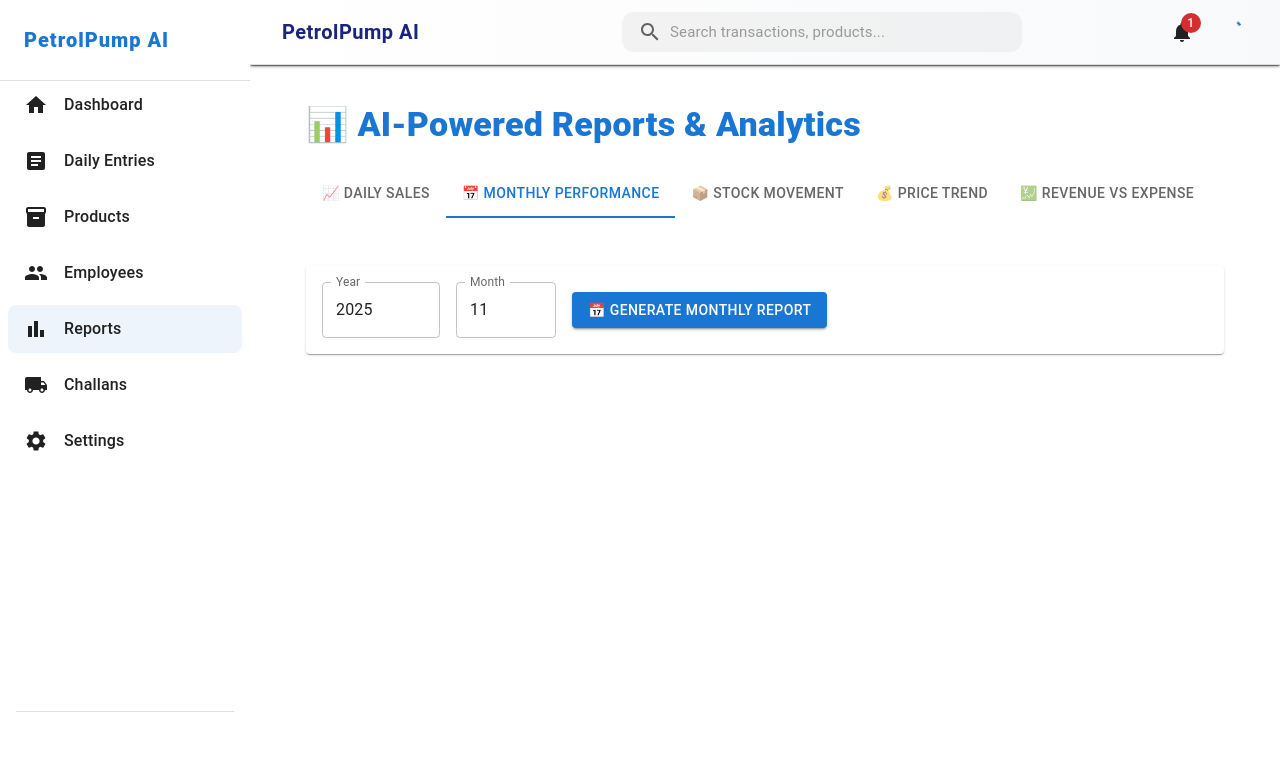
Repository: saquib0509/AI-Enabled-Retail-Management-
Page: /reports (app in frontend/), after clicking the first element matching `#tab-1`
An editor plug-in stored every save of this project. The page is shown before and after a run of saves, followed by the edit.
The browser window is 1280 px wide. The pictures show the whole page.
The page's requests for data from a server got no answer. The project was rebuilt for these pictures with package versions that can differ from the ones it lists, and the page was loaded fresh each time. No one was signed in, and anything a server would have sent is missing. Also part of the build but not shown: frontend/vite.config.ts, frontend/src/pages/Dashboard.tsx, frontend/src/components/DailyEntryForm.tsx, frontend/src/components/EmployeeList.tsx, frontend/src/components/EmployeeForm.tsx, frontend/src/components/EmployeeAttendance.tsx, frontend/src/components/EmployeeSalary.tsx, frontend/src/pages/Employees.tsx and 8 more.

Above is the page before, as saved 2025-11-08 23:27:18.

### frontend/index.html
<!DOCTYPE html>
<html lang="en">
<head>
  <meta charset="UTF-8">
  <meta name="viewport" content="width=device-width, initial-scale=1.0">
  <title>Petrol Pump Management</title>
  <link rel="stylesheet" href="/src/styles.css">
</head>
<body>
  <div id="root"></div>
  <script type="module" src="/src/main.tsx"></script>
</body>
</html>

### frontend/src/main.tsx
import { StrictMode } from 'react';
import { createRoot } from 'react-dom/client';
import { BrowserRouter } from 'react-router-dom';
import { AppProvider } from './context/AppContext';
import App from './App';
import './styles.css';

// Initialize the application
const container = document.getElementById('root');

if (!container) {
  throw new Error("Failed to find the root element");
}

const root = createRoot(container);

root.render(
  <StrictMode>
    <BrowserRouter>
      <AppProvider>
        <App />
      </AppProvider>
    </BrowserRouter>
  </StrictMode>
);

### frontend/src/App.tsx
import { Routes, Route } from 'react-router-dom';
import Layout from './components/layout/Layout';
import Dashboard from './pages/Dashboard';
import DailyEntryForm from './components/DailyEntryForm';
import Employees from "./pages/Employees";
import Products from "./pages/Products";
import Settings from "./pages/Settings";
import Challans from "./pages/Challans";
import Reports from "./pages/Reports";



const App = () => {
  return (
    <div className="app-container">
      <Routes>
        <Route path="/" element={<Layout />}>
          <Route index element={<Dashboard />} />
          <Route path="entries" element={<DailyEntryForm />} />
          <Route path="products" element={<Products />} />
          <Route path="employees" element={<Employees />} />
          <Route path="reports" element={<Reports />} />
          <Route path="settings" element={<Settings />} />
          <Route path="challans" element={<Challans />} />
        </Route>
      </Routes>
    </div>
  );
};

export default App;

### frontend/src/components/layout/Layout.tsx
import { useState } from 'react';
import { Outlet } from 'react-router-dom';
import { Box, CssBaseline, AppBar, Toolbar, useTheme, useMediaQuery } from '@mui/material';
import Sidebar from './Sidebar';
import Navbar from './Navbar';

const drawerWidth = 250;

export default function Layout() {
  const [mobileOpen, setMobileOpen] = useState(false);
  const theme = useTheme();
  const isDesktop = useMediaQuery(theme.breakpoints.up('md'));

  const handleDrawerToggle = () => {
    setMobileOpen(!mobileOpen);
  };

  return (
    <Box sx={{ display: 'flex', minHeight: '100vh', bgcolor: 'background.default', color: 'text.primary' }}>
      <CssBaseline />
      {/* AppBar */}
      <AppBar
        position="fixed"
        sx={{
          width: { md: `calc(100% - ${drawerWidth}px)` },
          ml: { md: `${drawerWidth}px` },
          bgcolor: 'background.paper',
          color: 'text.primary',
          boxShadow: 2
        }}
        elevation={isDesktop ? 1 : 4}
      >
        <Toolbar variant="dense" disableGutters>
          <Navbar onMenuClick={handleDrawerToggle} />
        </Toolbar>
      </AppBar>
      {/* Drawer/Sidebar */}
      <Sidebar
        variant={isDesktop ? 'permanent' : 'temporary'}
        open={isDesktop ? true : mobileOpen}
        onClose={handleDrawerToggle}
        drawerWidth={drawerWidth}
      />
      {/* Main Content */}
      <Box
        component="main"
        sx={{
          flexGrow: 1,
          p: { xs: 2, sm: 3, md: 4 },
          width: { xs: '100%', md: `calc(100% - ${drawerWidth}px)` },
          mt: 6,
          minHeight: '100vh',
        }}
      >
        <Outlet />
      </Box>
    </Box>
  );
}

### frontend/src/pages/Reports.tsx
import { useState, FC } from 'react';

import { Box, Tabs, Tab, Typography, LinearProgress } from '@mui/material';

import DailySalesReport from '../components/Reports/DailySalesReport';
import MonthlyPerformanceReport from '../components/Reports/MonthlyPerformanceReport';
import StockMovementReport from '../components/Reports/StockMovementReport';
import PriceTrendReport from '../components/Reports/PriceTrendReport';
import RevenueVsExpenseReport from '../components/Reports/RevenueVsExpenseReport';
import EmployeeAttendanceReport from '../components/Reports/EmployeeAttendanceReport';
import PayrollReport from '../components/Reports/PayrollReport';


interface TabPanelProps {
  children?: React.ReactNode;
  index: number;
  value: number;
}

const TabPanel: FC<TabPanelProps> = (props) => {
  const { children, value, index, ...other } = props;
  return (
    <div
      role="tabpanel"
      hidden={value !== index}
      id={`tabpanel-${index}`}
      aria-labelledby={`tab-${index}`}
      {...other}
    >
      {value === index && <Box sx={{ pt: 3 }}>{children}</Box>}
    </div>
  );
};

const Reports: FC = () => {
  const [tabValue, setTabValue] = useState<number>(0);

  return (
    <Box sx={{ p: 3 }}>
      <Typography variant="h4" fontWeight={800} color="primary.main" sx={{ mb: 3 }}>
        📊 AI-Powered Reports & Analytics
      </Typography>

      <Tabs value={tabValue} onChange={(_, v) => setTabValue(v)} sx={{ mb: 3 }}>
        <Tab label="📈 Daily Sales" id="tab-0" aria-controls="tabpanel-0" />
        <Tab label="📅 Monthly Performance" id="tab-1" aria-controls="tabpanel-1" />
        <Tab label="📦 Stock Movement" id="tab-2" aria-controls="tabpanel-2" />
        <Tab label="💰 Price Trend" id="tab-3" aria-controls="tabpanel-3" />
        <Tab label="💹 Revenue vs Expense" id="tab-4" aria-controls="tabpanel-4" />
        <Tab label="👥 Employee Attendance" id="tab-5" aria-controls="tabpanel-5" />
        <Tab label="💵 Payroll" id="tab-6" aria-controls="tabpanel-6" />
      </Tabs>

      <TabPanel value={tabValue} index={0}>
        <DailySalesReport />
      </TabPanel>
      <TabPanel value={tabValue} index={1}>
        <MonthlyPerformanceReport />
      </TabPanel>
      <TabPanel value={tabValue} index={2}>
        <StockMovementReport />
      </TabPanel>
      <TabPanel value={tabValue} index={3}>
        <PriceTrendReport />
      </TabPanel>
      <TabPanel value={tabValue} index={4}>
        <RevenueVsExpenseReport />
      </TabPanel>
      <TabPanel value={tabValue} index={5}>
        <EmployeeAttendanceReport />
      </TabPanel>
      <TabPanel value={tabValue} index={6}>
        <PayrollReport />
      </TabPanel>
    </Box>
  );
};

export default Reports;

### frontend/src/services/api.ts
import axios from "axios";

const api = axios.create({
  baseURL: "http://localhost:8080/api",
  headers: {
    'Content-Type': 'application/json',
  },
});

export default api;

### frontend/src/components/Reports/MonthlyPerformanceReport.tsx
import { useState, FC, useEffect } from 'react';
import {
  Box, Paper, TextField, Button, Card, CardContent,
  Grid, Typography, Alert, Stack, LinearProgress, Chip
} from '@mui/material';
import {
  LineChart, Line, ComposedChart, Bar, BarChart, Area, XAxis, YAxis, CartesianGrid, Tooltip, Legend, ResponsiveContainer
} from 'recharts';
import AutoAwesomeIcon from '@mui/icons-material/AutoAwesome';
import TrendingUpIcon from '@mui/icons-material/TrendingUp';
import TrendingDownIcon from '@mui/icons-material/TrendingDown';
import api from '../../services/api';

interface MonthlyReportType {
  currentMonthRevenue: number;
  previousMonthRevenue: number;
  yearAgoRevenue: number;
  monthOnMonthGrowth: number;
  yearOnYearGrowth: number;
  dailyPerformance: any[];
  monthlyComparison: any[];
  bestDay: any;
  worstDay: any;
  avgDailyRevenue: number;
  avgDailySales: number;
  aiInsights: {
    growthTrend: string;
    trendEmoji: string;
    yoyPerformance: string;
    healthScore: number;
    healthStatus: string;
    projectedMonthlyRevenue: number;
    summary: string;
  };
}

const MonthlyPerformanceReport: FC = () => {
  const today = new Date();
  const [year, setYear] = useState<number>(today.getFullYear());
  const [month, setMonth] = useState<number>(today.getMonth() + 1);
  const [report, setReport] = useState<MonthlyReportType | null>(null);
  const [loading, setLoading] = useState<boolean>(false);

  useEffect(() => {
    fetchReport();
  }, []);

  const fetchReport = async (): Promise<void> => {
    setLoading(true);
    try {
      const res = await api.get<MonthlyReportType>(
        `/reports/monthly-performance?year=${year}&month=${month}`
      );
      setReport(res.data);
    } catch (error) {
      console.error('Error fetching monthly report:', error);
    } finally {
      setLoading(false);
    }
  };

  return (
    <Box>
      <Paper sx={{ p: 2, mb: 3 }}>
        <Stack direction="row" spacing={2} alignItems="center">
          <TextField
            type="number"
            label="Year"
            value={year}
            onChange={(e) => setYear(parseInt(e.target.value))}
            inputProps={{ min: 2020, max: 2099 }}
          />
          <TextField
            type="number"
            label="Month"
            value={month}
            onChange={(e) => setMonth(parseInt(e.target.value))}
            inputProps={{ min: 1, max: 12 }}
          />
          <Button variant="contained" onClick={fetchReport} disabled={loading}>
            {loading ? '⏳ Loading...' : '📅 Generate Monthly Report'}
          </Button>
        </Stack>
      </Paper>

      {report && (
        <>
          {/* AI INSIGHTS - PROMINENTLY DISPLAYED */}
          <Paper
            sx={{
              p: 3,
              mb: 3,
              background: 'linear-gradient(135deg, #f093fb 0%, #f5576c 100%)',
              color: 'white'
            }}
          >
            <Stack direction="row" spacing={1} alignItems="center" sx={{ mb: 2 }}>
              <AutoAwesomeIcon fontSize="large" />
              <Typography variant="h5" fontWeight="bold">
                AI Monthly Performance Analysis
              </Typography>
            </Stack>

            <Typography variant="body1" sx={{ mb: 2, lineHeight: 1.8 }}>
              {report.aiInsights.summary}
            </Typography>

            <Grid container spacing={2}>
              <Grid item xs={12} sm={6} md={3}>
                <Box sx={{ bgcolor: 'rgba(255,255,255,0.2)', p: 2, borderRadius: 2 }}>
                  <Typography variant="caption">Growth Trend</Typography>
                  <Stack direction="row" spacing={1} alignItems="center">
                    <Typography variant="h6" fontWeight="bold">
                      {report.aiInsights.trendEmoji}
                    </Typography>
                    <Typography variant="body2">{report.aiInsights.growthTrend}</Typography>
                  </Stack>
                  <Typography variant="body2">
                    {report.monthOnMonthGrowth >= 0 ? '+' : ''}{report.monthOnMonthGrowth?.toFixed(1)}% MoM
                  </Typography>
                </Box>
              </Grid>

              <Grid item xs={12} sm={6} md={3}>
                <Box sx={{ bgcolor: 'rgba(255,255,255,0.2)', p: 2, borderRadius: 2 }}>
                  <Typography variant="caption">YoY Performance</Typography>
                  <Stack direction="row" spacing={1} alignItems="center" sx={{ mt: 1 }}>
                    {report.yearOnYearGrowth >= 0 ? (
                      <TrendingUpIcon fontSize="small" />
                    ) : (
                      <TrendingDownIcon fontSize="small" />
                    )}
                    <Typography variant="body2">{report.aiInsights.yoyPerformance}</Typography>
                  </Stack>
                </Box>
              </Grid>

              <Grid item xs={12} sm={6} md={3}>
                <Box sx={{ bgcolor: 'rgba(255,255,255,0.2)', p: 2, borderRadius: 2 }}>
                  <Typography variant="caption">Health Score</Typography>
                  <Typography variant="h6" fontWeight="bold">
                    {report.aiInsights.healthScore?.toFixed(0)}/100
                  </Typography>
                  <Chip
                    label={report.aiInsights.healthStatus}
                    size="small"
                    sx={{
                      mt: 1,
                      bgcolor:
                        report.aiInsights.healthStatus === 'Excellent'
                          ? '#4CAF50'
                          : report.aiInsights.healthStatus === 'Good'
                          ? '#FFC107'
                          : '#FF6B6B',
                      color: 'white'
                    }}
                  />
                </Box>
              </Grid>

              <Grid item xs={12} sm={6} md={3}>
                <Box sx={{ bgcolor: 'rgba(255,255,255,0.2)', p: 2, borderRadius: 2 }}>
                  <Typography variant="caption">Projected Revenue</Typography>
                  <Typography variant="h6" fontWeight="bold">
                    ₹{report.aiInsights.projectedMonthlyRevenue?.toLocaleString('en-IN')}
                  </Typography>
                  <Typography variant="body2">(at current pace)</Typography>
                </Box>
              </Grid>
            </Grid>
          </Paper>

          {/* Summary Cards */}
          <Grid container spacing={2} sx={{ mb: 3 }}>
            <Grid item xs={12} sm={6} md={3}>
              <Card>
                <CardContent>
                  <Typography color="textSecondary" variant="body2">Current Month Revenue</Typography>
                  <Typography variant="h6">₹{report.currentMonthRevenue?.toLocaleString('en-IN')}</Typography>
                  <Typography variant="body2" sx={{ color: report.monthOnMonthGrowth >= 0 ? 'green' : 'red' }}>
                    {report.monthOnMonthGrowth >= 0 ? '+' : ''}{report.monthOnMonthGrowth?.toFixed(1)}% vs last month
                  </Typography>
                </CardContent>
              </Card>
            </Grid>

            <Grid item xs={12} sm={6} md={3}>
              <Card>
                <CardContent>
                  <Typography color="textSecondary" variant="body2">Previous Month Revenue</Typography>
                  <Typography variant="h6">₹{report.previousMonthRevenue?.toLocaleString('en-IN')}</Typography>
                </CardContent>
              </Card>
            </Grid>

            <Grid item xs={12} sm={6} md={3}>
              <Card>
                <CardContent>
                  <Typography color="textSecondary" variant="body2">Year Ago Revenue</Typography>
                  <Typography variant="h6">₹{report.yearAgoRevenue?.toLocaleString('en-IN')}</Typography>
                  <Typography variant="body2" sx={{ color: report.yearOnYearGrowth >= 0 ? 'green' : 'red' }}>
                    {report.yearOnYearGrowth >= 0 ? '+' : ''}{report.yearOnYearGrowth?.toFixed(1)}% YoY
                  </Typography>
                </CardContent>
              </Card>
            </Grid>

            <Grid item xs={12} sm={6} md={3}>
              <Card>
                <CardContent>
                  <Typography color="textSecondary" variant="body2">Avg Daily Revenue</Typography>
                  <Typography variant="h6">₹{report.avgDailyRevenue?.toLocaleString('en-IN')}</Typography>
                </CardContent>
              </Card>
            </Grid>
          </Grid>

          {/* Daily Performance Chart */}
          <Paper sx={{ p: 2, mb: 3 }}>
            <Typography variant="h6" sx={{ mb: 2 }}>
              📈 Daily Performance This Month
            </Typography>
            <ResponsiveContainer width="100%" height={300}>
              <ComposedChart data={report.dailyPerformance}>
                <CartesianGrid strokeDasharray="3 3" />
                <XAxis dataKey="date" label={{ value: 'Day of Month', position: 'insideBottomRight', offset: -5 }} />
                <YAxis yAxisId="left" label={{ value: 'Revenue (₹)', angle: -90, position: 'insideLeft' }} />
                <YAxis yAxisId="right" orientation="right" label={{ value: 'Quantity (L)', angle: 90, position: 'insideRight' }} />
                <Tooltip />
                <Legend />
                <Area yAxisId="left" type="monotone" dataKey="revenue" fill="#f5576c" stroke="#f5576c" name="Revenue" opacity={0.6} />
                <Line yAxisId="right" type="monotone" dataKey="quantity" stroke="#82ca9d" name="Quantity" strokeWidth={2} />
              </ComposedChart>
            </ResponsiveContainer>
          </Paper>

          {/* 6-Month Comparison */}
          <Paper sx={{ p: 2, mb: 3 }}>
            <Typography variant="h6" sx={{ mb: 2 }}>
              📊 6-Month Performance Comparison
            </Typography>
            <ResponsiveContainer width="100%" height={300}>
              <BarChart data={report.monthlyComparison}>
                <CartesianGrid strokeDasharray="3 3" />
                <XAxis dataKey="month" />
                <YAxis yAxisId="left" />
                <YAxis yAxisId="right" orientation="right" />
                <Tooltip />
                <Legend />
                <Bar yAxisId="left" dataKey="revenue" fill="#f093fb" name="Revenue (₹)" />
                <Line yAxisId="right" type="monotone" dataKey="sales" stroke="#4CAF50" name="Sales (L)" strokeWidth={2} />
              </BarChart>
            </ResponsiveContainer>
          </Paper>

          {/* Best & Worst Days */}
          <Grid container spacing={2} sx={{ mb: 3 }}>
            <Grid item xs={12} sm={6}>
              <Card sx={{ background: 'linear-gradient(135deg, #667eea 0%, #764ba2 100%)', color: 'white' }}>
                <CardContent>
                  <Stack direction="row" alignItems="center" spacing={1} sx={{ mb: 1 }}>
                    <TrendingUpIcon />
                    <Typography variant="h6">Best Day</Typography>
                  </Stack>
                  <Typography variant="body1">
                    {report.bestDay ? new Date(report.bestDay.date).toLocaleDateString() : 'N/A'}
                  </Typography>
                  <Typography variant="h5" fontWeight="bold">
                    ₹{report.bestDay?.revenue?.toLocaleString('en-IN')}
                  </Typography>
                </CardContent>
              </Card>
            </Grid>

            <Grid item xs={12} sm={6}>
              <Card sx={{ background: 'linear-gradient(135deg, #f093fb 0%, #f5576c 100%)', color: 'white' }}>
                <CardContent>
                  <Stack direction="row" alignItems="center" spacing={1} sx={{ mb: 1 }}>
                    <TrendingDownIcon />
                    <Typography variant="h6">Worst Day</Typography>
                  </Stack>
                  <Typography variant="body1">
                    {report.worstDay ? new Date(report.worstDay.date).toLocaleDateString() : 'N/A'}
                  </Typography>
                  <Typography variant="h5" fontWeight="bold">
                    ₹{report.worstDay?.revenue?.toLocaleString('en-IN')}
                  </Typography>
                </CardContent>
              </Card>
            </Grid>
          </Grid>

          {/* Health Score Progress */}
          <Paper sx={{ p: 2 }}>
            <Typography variant="h6" sx={{ mb: 2 }}>
              💪 Business Health Indicator
            </Typography>
            <Box sx={{ mb: 2 }}>
              <Stack direction="row" justifyContent="space-between" sx={{ mb: 1 }}>
                <Typography variant="body2">Overall Health</Typography>
                <Typography variant="body2" fontWeight="bold">
                  {report.aiInsights.healthScore?.toFixed(0)}/100
                </Typography>
              </Stack>
              <LinearProgress
                variant="determinate"
                value={report.aiInsights.healthScore}
                sx={{
                  height: 12,
                  borderRadius: 6,
                  backgroundColor: '#e0e0e0',
                  '& .MuiLinearProgress-bar': {
                    borderRadius: 6,
                    background:
                      report.aiInsights.healthScore >= 80
                        ? 'linear-gradient(to right, #4CAF50, #8BC34A)'
                        : report.aiInsights.healthScore >= 60
                        ? 'linear-gradient(to right, #FFC107, #FF9800)'
                        : 'linear-gradient(to right, #FF6B6B, #FF5252)'
                  }
                }}
              />
            </Box>
            <Alert severity={
              report.aiInsights.healthStatus === 'Excellent'
                ? 'success'
                : report.aiInsights.healthStatus === 'Good'
                ? 'info'
                : 'warning'
            }>
              Status: <strong>{report.aiInsights.healthStatus}</strong>
            </Alert>
          </Paper>
        </>
      )}
    </Box>
  );
};

export default MonthlyPerformanceReport;

Loaded but not shown: frontend/src/components/Reports/DailySalesReport.tsx (285 lines, source omitted); frontend/src/context/AppContext.tsx (287 lines, source omitted); frontend/src/components/layout/Navbar.tsx (229 lines, source omitted); frontend/src/components/layout/Sidebar.tsx (149 lines, source omitted); frontend/src/styles.css (204 lines, source omitted)

After the next 2 saves:
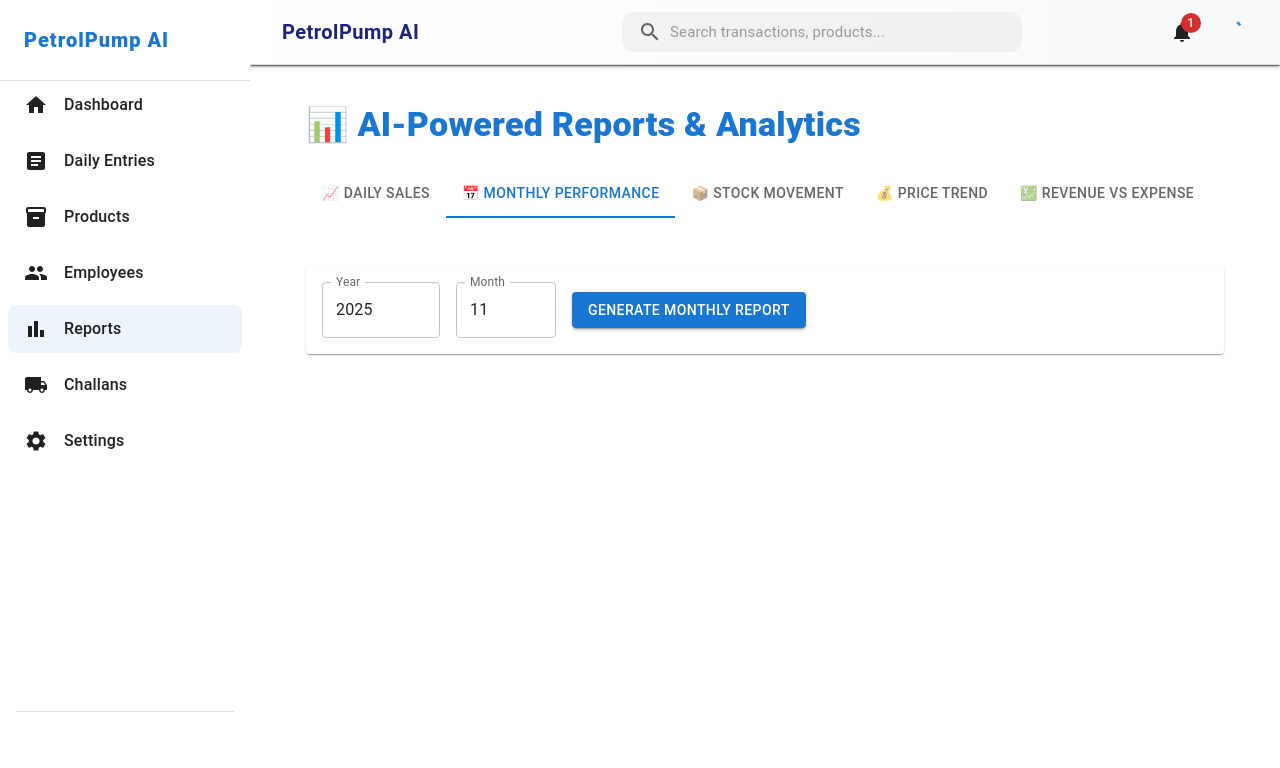
The 2 saves are shown as one change because they came seconds apart.
The last was saved 7 s later.
--- a/frontend/src/components/Reports/MonthlyPerformanceReport.tsx
+++ b/frontend/src/components/Reports/MonthlyPerformanceReport.tsx
@@ -78,7 +78,7 @@ const MonthlyPerformanceReport: FC = () => {
             inputProps={{ min: 1, max: 12 }}
           />
           <Button variant="contained" onClick={fetchReport} disabled={loading}>
-            {loading ? '⏳ Loading...' : '📅 Generate Monthly Report'}
+            {loading ? 'Loading...' : 'Generate Monthly Report'}
           </Button>
         </Stack>
       </Paper>
@@ -218,7 +218,7 @@ const MonthlyPerformanceReport: FC = () => {
           {/* Daily Performance Chart */}
           <Paper sx={{ p: 2, mb: 3 }}>
             <Typography variant="h6" sx={{ mb: 2 }}>
-              📈 Daily Performance This Month
+              Daily Performance This Month
             </Typography>
             <ResponsiveContainer width="100%" height={300}>
               <ComposedChart data={report.dailyPerformance}>
